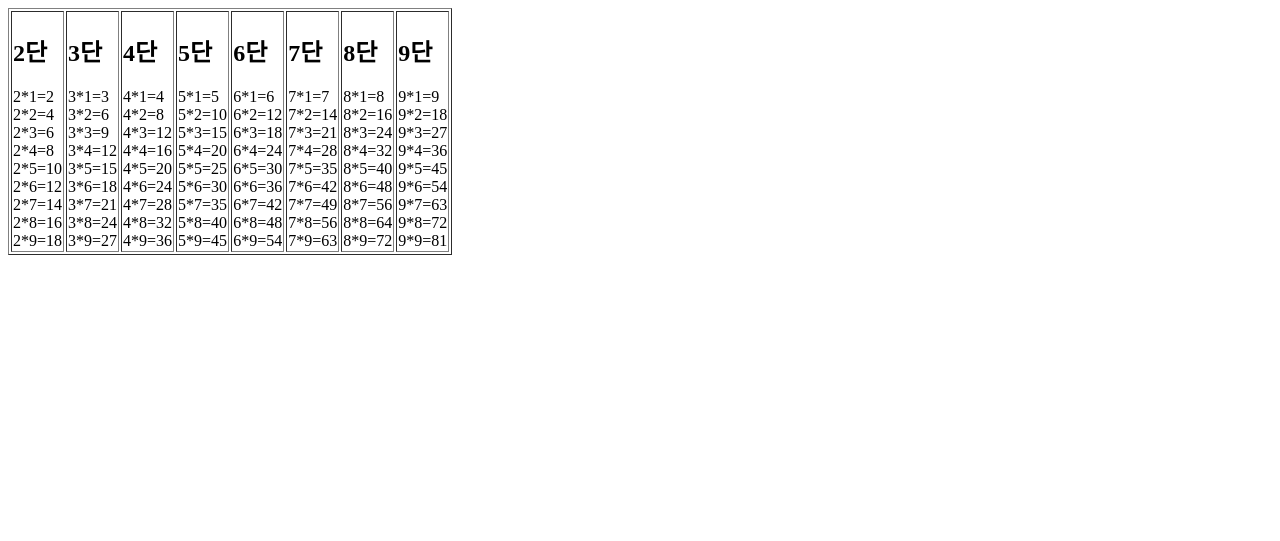
Repository: Park-Dongheon/Servlet-JSP_Training
Page: http://localhost/MissionJSP/Gugudan3.jsp
The author's editor kept a copy of each file at every save. The page is drawn from the files as they stood at one save, then again after a run of saves.
The browser window is 1280 px wide. The pictures show the whole page.
The page is served by Tomcat 10. Other server files are loaded and not shown.

Above is the page before, as saved 2024-06-13 04:58:08.

### MissionJSP/src/main/webapp/Gugudan3.jsp
<%@ page language="java" contentType="text/html; charset=UTF-8"
	pageEncoding="UTF-8"%>

<!DOCTYPE html>
<html>
<head>
<meta charset="UTF-8">
<title>구구단</title>
</head>
<body>
	<%
	int col;

	try {
		// http://localhost:8080/missionJSP/Gugudan1.jsp?dan=2
		col = Integer.parseInt(request.getParameter("col"));

	} catch (Exception e) {}

	out.print("<table border='1'><tr>");
	for (int i = 2; i <= 9; i++) {
		out.print("<td><h2>" + i + "단</h2>");
		for (int j = 1; j <= 9; j++) {
			out.print(i + "*" + j + "=" + (i * j) + "<br />");
		}
		out.print("</td>");
	}
	out.print("</tr></table>");
	%>
</body>
</html>

After the next 2 saves:
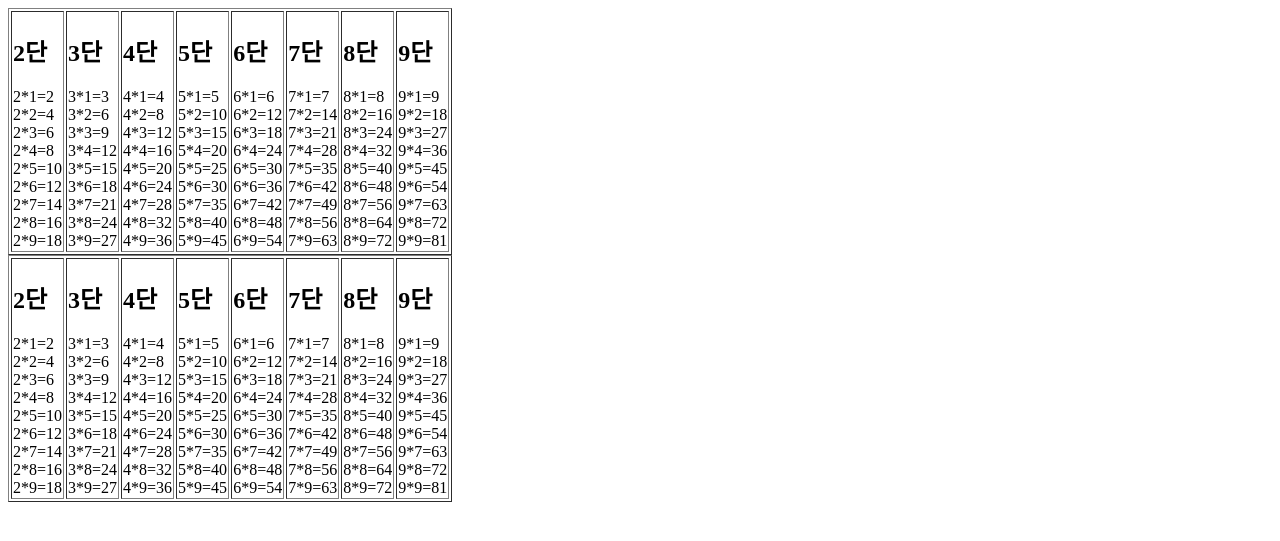
The 2 saves are shown as one change because 1 did not build or start.
The last was saved 4 min 26 s later.
--- a/MissionJSP/src/main/webapp/Gugudan3.jsp
+++ b/MissionJSP/src/main/webapp/Gugudan3.jsp
@@ -9,23 +9,24 @@
 </head>
 <body>
 	<%
-	int col;
+	int col = 2;
 
 	try {
 		// http://localhost:8080/missionJSP/Gugudan1.jsp?dan=2
 		col = Integer.parseInt(request.getParameter("col"));
 
 	} catch (Exception e) {}
-
-	out.print("<table border='1'><tr>");
-	for (int i = 2; i <= 9; i++) {
-		out.print("<td><h2>" + i + "단</h2>");
-		for (int j = 1; j <= 9; j++) {
-			out.print(i + "*" + j + "=" + (i * j) + "<br />");
+	for (int n = 0; n < col; n++ ) {
+		out.print("<table border='1'><tr>");
+		for (int i = 2; i <= 9; i++) {
+			out.print("<td><h2>" + i + "단</h2>");
+			for (int j = 1; j <= 9; j++) {
+				out.print(i + "*" + j + "=" + (i * j) + "<br />");
+			}
+			out.print("</td>");
 		}
-		out.print("</td>");
+		out.print("</tr></table>");
 	}
-	out.print("</tr></table>");
 	%>
 </body>
 </html>
